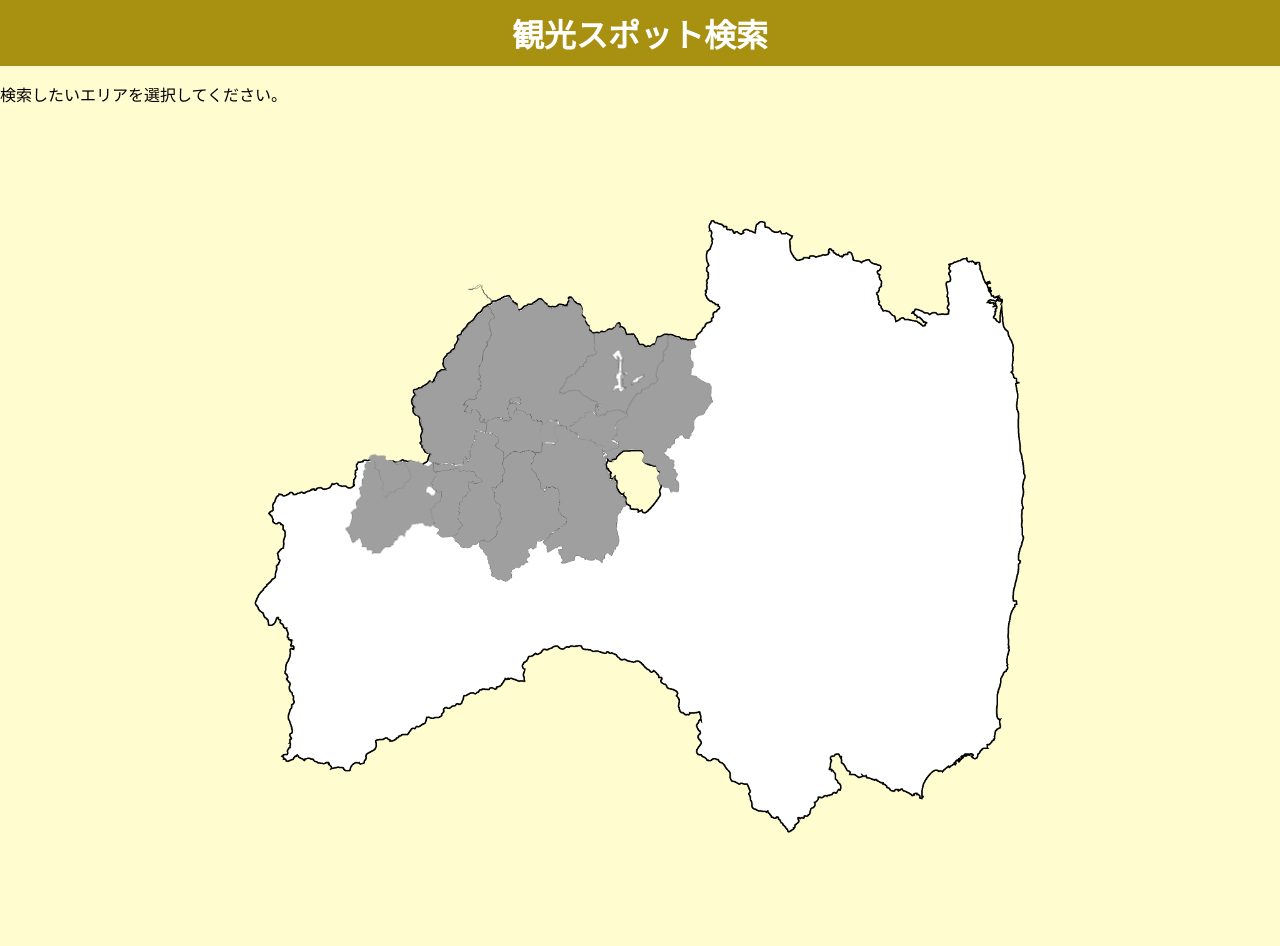
Repository: ryoutana/tanaryou.github.io
Page: Downloads/project/index.html
An editor plug-in stored every save of this project. The page is shown before and after a run of saves, followed by the edit.
The browser window is 1280 px wide. The pictures show the whole page.

Above is the page before, as saved 2025-04-29 14:05:30.

After the next 4 saves:
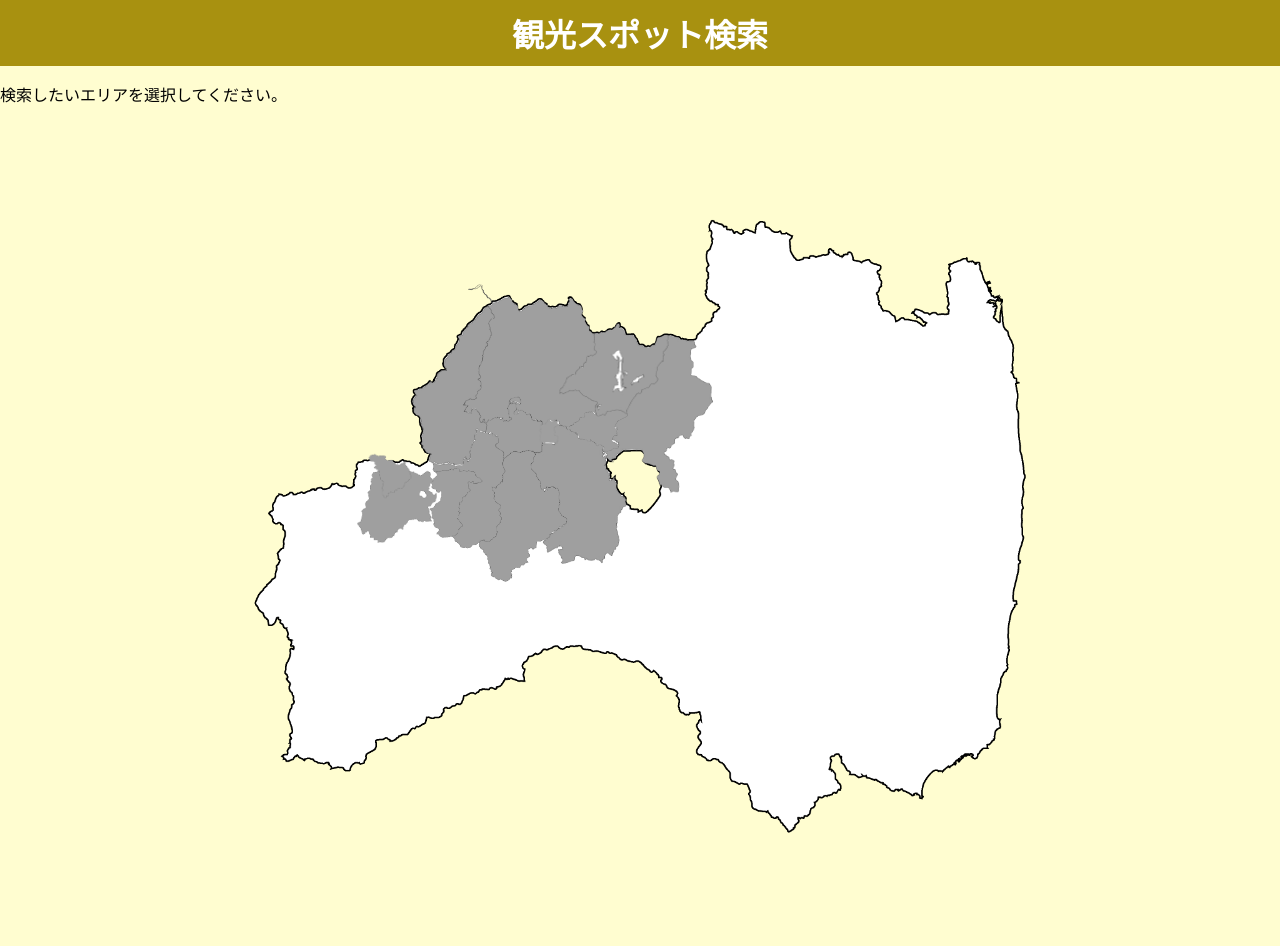
The 4 saves are shown as one change because they came seconds apart.
The last was saved 10 s later.
--- a/Downloads/project/script.js
+++ b/Downloads/project/script.js
@@ -6,7 +6,7 @@ const spots = [
     { name: '会津若松市', img: '会津若松市(白地図).png', x: 337, y: 368, width: 158 },
     { name: '会津美里町', img: '会津美里町(白地図).png', x: 283, y: 390, width: 149 },
     { name: '喜多方市', img: '喜多方市(白地図).png', x: 291, y: 230, width: 170 },
-    { name: '金山町', img: '金山町(白地図).png', x: 157, y: 380, width: 130 },
+    { name: '金山町', img: '金山町(白地図).png', x: 157, y: 380, width: 100 },
     { name: '三島町', img: '三島町(白地図).png', x: 216, y: 377, width: 83 },
     { name: '昭和村', img: '昭和村(白地図).png', x: 150, y: 350, width: 55 },
     { name: '西会津町', img: '西会津町(白地図).png', x: 214, y: 260, width: 180 },
